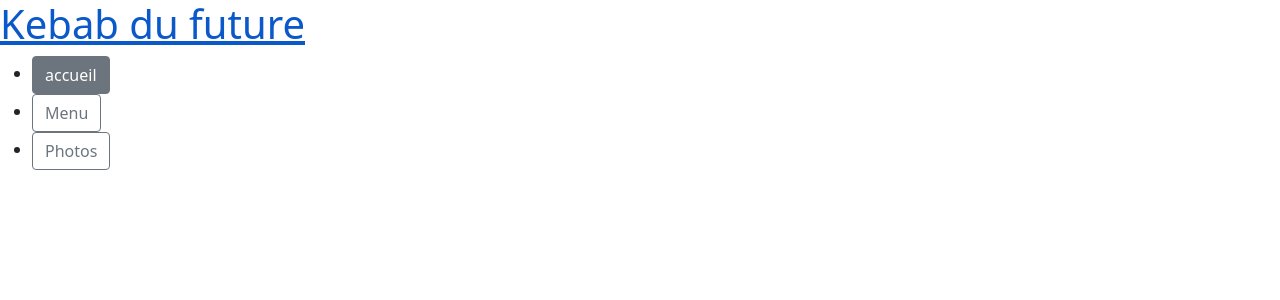
Repository: phbord/THP-js-exercices-manipulation-DOM
Page: index.html
An editor plug-in stored every save of this project. The page is shown before and after the next save, followed by the edit.
The browser window is 1280 px wide. The pictures show the whole page.

Above is the page before, as saved 2021-07-19 10:53:15.

After the next save:
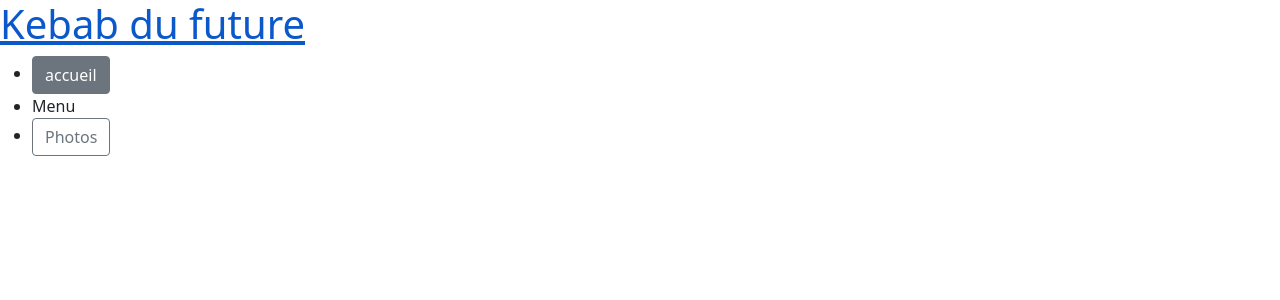
Saved 5 s later.
--- a/index.html
+++ b/index.html
@@ -19,7 +19,7 @@
                     <li class="me-2">
                         <a class="btn btn-secondary" href="#">accueil</a>
                     </li>
-                    <li>
+                    <li class="me-2>
                         <a class="btn btn-outline-secondary" href="#">Menu</a>
                     </li>
                     <li>

After the save that followed:
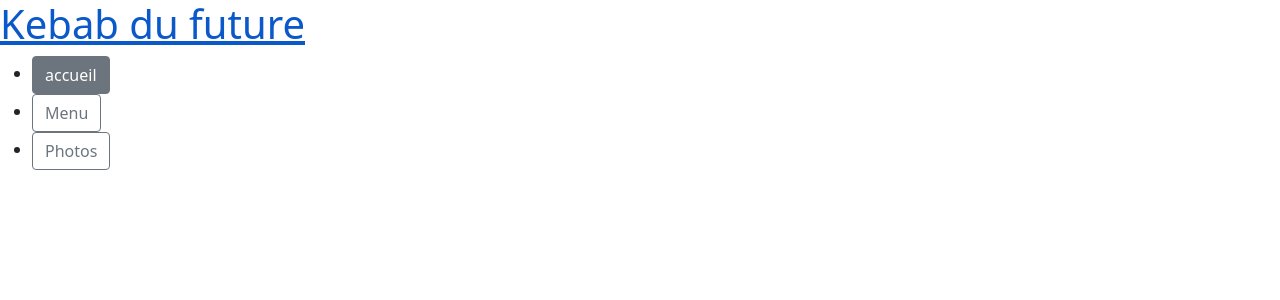
Saved 4 s later.
--- a/index.html
+++ b/index.html
@@ -19,7 +19,7 @@
                     <li class="me-2">
                         <a class="btn btn-secondary" href="#">accueil</a>
                     </li>
-                    <li class="me-2>
+                    <li class="me-2">
                         <a class="btn btn-outline-secondary" href="#">Menu</a>
                     </li>
                     <li>
